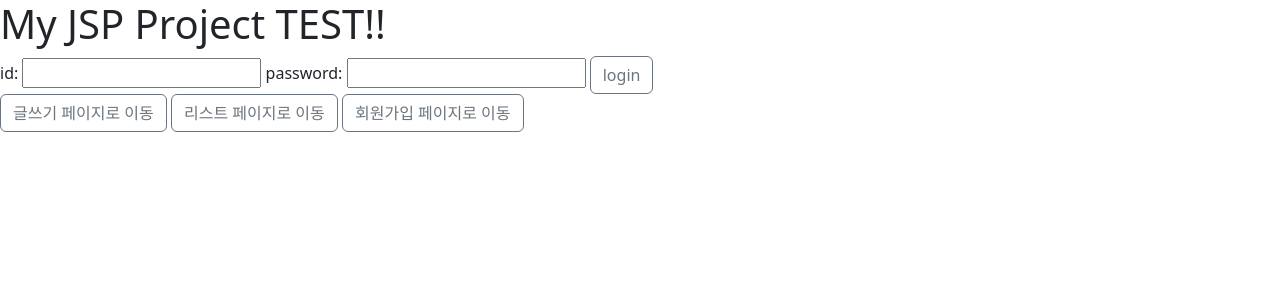
Repository: dlfhrrl12/jsptest
Page: http://localhost/jsp_study2/
These files come from the project's save history. The page is drawn as it stood at one moment and after the next save; the edit follows.
The browser window is 1280 px wide. The pictures show the whole page.
The page is served by Tomcat 9. The template is opened directly, without the code that normally fills it, so the values that code supplies are empty.

Above is the page before, as saved 2024-04-17 02:45:33.

After the next save:
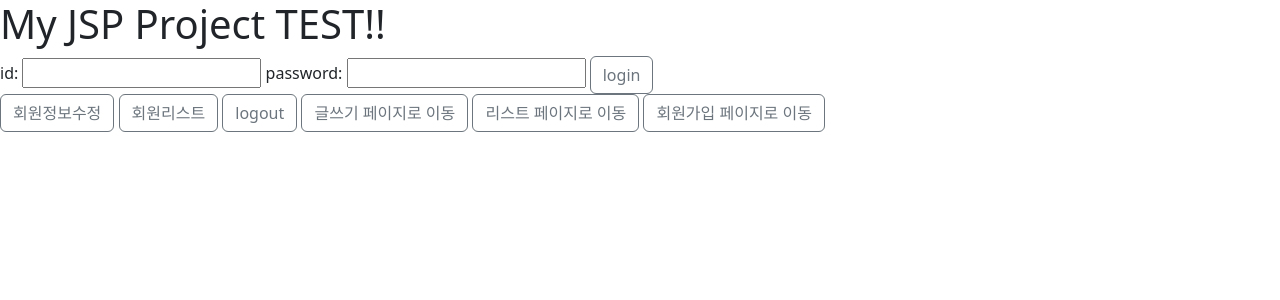
Saved 104 s later.
--- a/jsp_study2/src/main/webapp/index.jsp
+++ b/jsp_study2/src/main/webapp/index.jsp
@@ -23,6 +23,9 @@
 	 </form>
 	 </c:if>
 
+	<a href="/memb/modify"><button type="button" class="btn btn-outline-secondary">회원정보수정</button></a>
+	<a href="/memb/list"><button type="button" class="btn btn-outline-secondary">회원리스트</button></a>
+	<a href="/memb/logout"><button type="button" class="btn btn-outline-secondary">logout</button></a>
 
 
 	<a href="/brd/register"> <button type="button" class="btn btn-outline-secondary"> 글쓰기 페이지로 이동</button></a>
